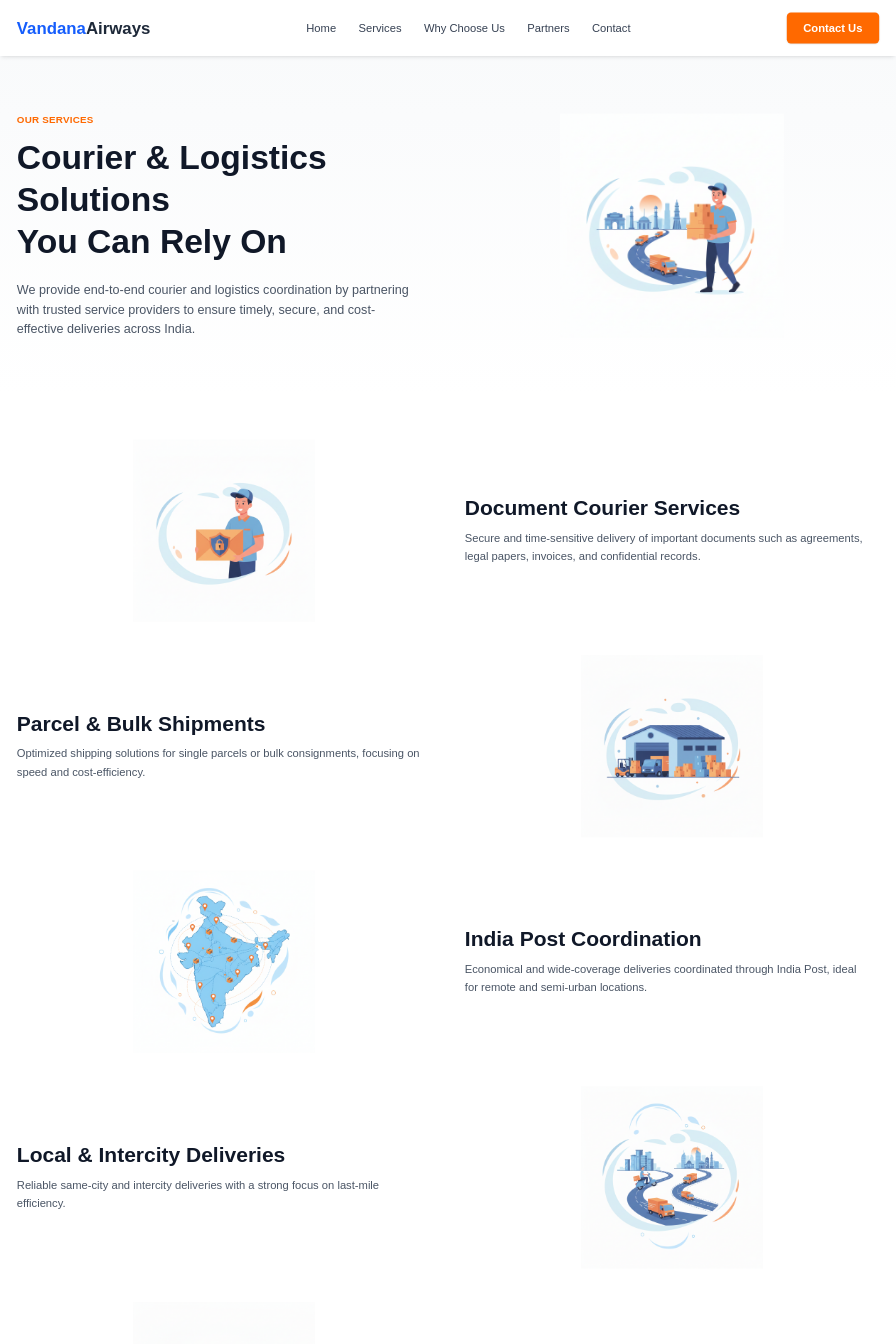
Repository: Rohit-foryou/Courier-Portfolio
Page: /services
An editor plug-in stored every save of this project. The page is shown before and after the next save, followed by the edit.
The browser window is 1280 px wide. The pictures show the part of the page from y = 0 to 1920 px (the page is 4036 px tall before and 3908 px after), at 70% of full size.
The project was rebuilt for these pictures with package versions that can differ from the ones it lists, and the page was loaded fresh each time. The framework's server and built-in components were replaced by stand-ins that run in the browser. Also part of the build but not shown: next.config.ts.

Above is the page before, as saved 2026-02-10 01:11:18.

### app/layout.tsx
import "./globals.css";
import Navbar from "../components/Navbar";
import Footer from "../components/Fotter";

export const metadata = {
  title: "Courier Portfolio",
  description: "Courier & logistics service portfolio website",
};

export default function RootLayout({
  children,
}: {
  children: React.ReactNode;
}) {
  return (
    <html lang="en">
      <body>
        <Navbar />
        <main className="min-h-screen">{children}</main>
        <Footer />
      </body>
    </html>
  );
}

### app/services/page.tsx
import Image from "next/image";
import Link from "next/link";

export default function ServicesPage() {
  const services = [
    {
      title: "Document Courier Services",
      desc: "Secure and time-sensitive delivery of important documents such as agreements, legal papers, invoices, and confidential records.",
      img: "/images/Document.png",
    },
    {
      title: "Parcel & Bulk Shipments",
      desc: "Optimized shipping solutions for single parcels or bulk consignments, focusing on speed and cost-efficiency.",
      img: "/images/parcel.png",
    },
    {
      title: "India Post Coordination",
      desc: "Economical and wide-coverage deliveries coordinated through India Post, ideal for remote and semi-urban locations.",
      img: "/images/India Post.png",
    },
    {
      title: "Local & Intercity Deliveries",
      desc: "Reliable same-city and intercity deliveries with a strong focus on last-mile efficiency.",
      img: "/images/Intercity.png",
    },
    {
      title: "Business & Corporate Logistics",
      desc: "Scalable logistics coordination for enterprises with transparent processes and dependable partners.",
      img: "/images/Parcel.png",
    },
    {
      title: "Multi-Courier Optimization",
      desc: "Intelligent courier selection based on destination, urgency, and cost for optimal delivery performance.",
      img: "/images/multi.png",
    },
  ];

  return (
    <>
      {/* HERO */}
      <section className="bg-gradient-to-b from-gray-50 to-white py-20">
        <div className="max-w-7xl mx-auto px-6 grid grid-cols-1 md:grid-cols-2 gap-12 items-center">
          <div>
            <p className="text-sm font-semibold text-orange-500 uppercase tracking-wide">
              Our Services
            </p>

            <h1 className="mt-4 text-4xl md:text-5xl font-bold text-gray-900 leading-tight">
              Courier & Logistics Solutions
              <br /> You Can Rely On
            </h1>

            <p className="mt-6 text-lg text-gray-600 max-w-xl">
              We provide end-to-end courier and logistics coordination by partnering
              with trusted service providers to ensure timely, secure, and
              cost-effective deliveries across India.
            </p>
          </div>

          <div className="flex justify-center">
            <Image
              src="/images/services.png"
              alt="Courier services"
              width={320}
              height={220}
              className="object-contain"
              priority
            />
          </div>
        </div>
      </section>

      {/* CORE SERVICES */}
      <section className="bg-white py-16">
        <div className="max-w-7xl mx-auto px-6 space-y-12">
          {services.map((s, i) => {
            const imageLeft = i % 2 === 0;

            return (
              <div
                key={i}
                className="grid grid-cols-1 md:grid-cols-2 gap-12 items-center"
              >
                {/* IMAGE */}
                <div
                  className={`flex justify-center ${
                    imageLeft ? "md:order-1" : "md:order-2"
                  }`}
                >
                  <Image
                    src={s.img}
                    alt={s.title}
                    width={260}
                    height={190}
                    className="
                      object-contain
                      transition-all
                      duration-300
                      hover:scale-[1.04]
                      hover:-translate-y-1
                    "
                  />
                </div>

                {/* TEXT */}
                <div
                  className={`transition-transform duration-300 hover:translate-x-1 ${
                    imageLeft ? "md:order-2" : "md:order-1"
                  }`}
                >
                  <h2 className="text-3xl font-bold text-gray-900">
                    {s.title}
                  </h2>
                  <p className="mt-3 text-gray-600 max-w-xl leading-relaxed">
                    {s.desc}
                  </p>
                </div>
              </div>
            );
          })}
        </div>
      </section>

      {/* WHAT WE OFFER */}
      <section className="bg-gray-50 py-16">
        <div className="max-w-7xl mx-auto px-6 text-center">
          <p className="text-sm font-semibold text-orange-500 uppercase tracking-wide">
            Service Attributes
          </p>
          <h2 className="mt-4 text-4xl font-bold text-gray-900">
            What We Offer
          </h2>

          <div className="mt-12 grid grid-cols-1 sm:grid-cols-2 lg:grid-cols-4 gap-8">
            {[
              { title: "Fast Delivery", icon: "🚚", desc: "Urgent timelines met efficiently." },
              { title: "PAN India Coverage", icon: "📍", desc: "Remote to metro reach." },
              { title: "Smart Selection", icon: "📦", desc: "Best courier per shipment." },
              { title: "Secure Handling", icon: "🔒", desc: "Trusted partner network." },
            ].map((item, i) => (
              <div
                key={i}
                className="
                  bg-white p-8 rounded-xl shadow-sm
                  hover:shadow-lg hover:-translate-y-1
                  transition-all duration-300
                "
              >
                <div className="text-4xl mb-4">{item.icon}</div>
                <h3 className="font-semibold text-gray-900">{item.title}</h3>
                <p className="mt-2 text-gray-600 text-sm">{item.desc}</p>
              </div>
            ))}
          </div>
        </div>
      </section>

      {/* WHY CHOOSE US */}
      <section className="bg-white py-16">
        <div className="max-w-7xl mx-auto px-6 text-center">
          <h2 className="text-4xl font-bold text-gray-900">
            Why Choose Our Services?
          </h2>
          <p className="mt-4 text-gray-600 max-w-2xl mx-auto">
            Trusted by individuals and businesses for reliable courier coordination across India.
          </p>

          <div className="mt-12 grid grid-cols-1 md:grid-cols-3 gap-10">
            {[
              { title: "Cost-Effective", desc: "Competitive pricing through intelligent courier planning.", icon: "💰" },
              { title: "Reliable Coordination", desc: "Clear communication and dependable logistics execution.", icon: "🤝" },
              { title: "Trusted Network", desc: "Established courier partners across India.", icon: "🌐" },
            ].map((item, i) => (
              <div
                key={i}
                className="
                  bg-gray-50 p-8 rounded-xl border
                  hover:shadow-md hover:-translate-y-1
                  transition-all duration-300
                "
              >
                <div className="text-4xl mb-4">{item.icon}</div>
                <h3 className="font-semibold text-lg text-gray-900">
                  {item.title}
                </h3>
                <p className="mt-2 text-gray-600 text-sm">{item.desc}</p>
              </div>
            ))}
          </div>
        </div>
      </section>

      {/* CTA */}
      <section className="bg-blue-50 py-20 text-center">
        <h2 className="text-3xl font-bold text-gray-900">
          Need a Reliable Courier Partner Today?
        </h2>
        <p className="mt-4 text-gray-600">
          Get quick assistance for documents, parcels, and business logistics.
        </p>
        <Link
          href="/contact"
          className="
            inline-block mt-6 bg-orange-500 text-white
            px-8 py-3 rounded-md font-semibold
            hover:bg-orange-600 hover:scale-[1.03]
            transition-all
          "
        >
          Get in Touch
        </Link>
      </section>
    </>
  );
}

### components/Navbar.tsx
import Link from "next/link";

export default function Navbar() {
  return (
    <nav className="w-full bg-white sticky top-0 z-50 shadow-md">
      <div className="max-w-7xl mx-auto px-6">
        <div className="flex items-center justify-between h-20">

          {/* Logo */}
          <Link href="/" className="flex items-center">
            <span className="text-2xl font-bold text-blue-600">
              Vandana<span className="text-gray-800">Airways</span>
            </span>
          </Link>

          {/* Navigation Links */}
          <div className="hidden md:flex items-center space-x-8 text-gray-700 font-medium">
            {["Home", "Services", "Why Choose Us", "Partners", "Contact"].map(
              (item) => (
                <Link
                  key={item}
                  href={item === "Home" ? "/" : `/${item.toLowerCase().replace(/\s/g, "-")}`}
                  className="relative hover:text-blue-600 transition after:absolute after:left-0 after:-bottom-1 after:w-0 after:h-[2px] after:bg-orange-500 hover:after:w-full after:transition-all"
                >
                  {item}
                </Link>
              )
            )}
          </div>

          {/* CTA Button */}
          <Link
            href="/contact"
            className="bg-orange-500 text-white px-6 py-2.5 rounded-md font-semibold hover:bg-orange-600 transition shadow-sm"
          >
Contact Us          </Link>
        </div>
      </div>
    </nav>
  );
}

### components/Fotter.tsx
import Link from "next/link";

export default function Footer() {
  return (
    <footer className="bg-gray-50 border-t border-gray-200">
      <div className="max-w-7xl mx-auto px-6 py-12">
        <div className="grid grid-cols-1 md:grid-cols-3 gap-8">
          {/* Brand / About */}
          <div>
            <h3 className="text-xl font-bold text-blue-600">
  Vandana<span className="text-gray-900">Airways</span>
</h3>

            <p className="mt-4 text-gray-600 text-sm">
              We act as a trusted middleman connecting customers with reliable
              courier partners, including India Post, to deliver fast and
              cost-effective logistics solutions.
            </p>
          </div>

          {/* Quick Links */}
          <div>
            <h4 className="text-lg font-semibold text-gray-900 mb-4">
Quick Links</h4>
            <ul className="mt-4 space-y-2 text-sm">
              <li>
                <Link
                  href="/"
                  className="text-gray-600 hover:text-blue-600 transition"
                >
                  Home
                </Link>
              </li>
              <li>
                <Link
                  href="/services"
                  className="text-gray-600 hover:text-blue-600 transition"
                >
                  Services
                </Link>
              </li>
              <li>
                <Link
                  href="/why-choose-us"
                  className="text-gray-600 hover:text-blue-600 transition"
                >
                  Why Choose Us
                </Link>
              </li>
              <li>
                <Link
                  href="/partners"
                  className="text-gray-600 hover:text-blue-600 transition"
                >
                  Partners
                </Link>
              </li>
              <li>
                <Link
                  href="/contact"
                  className="text-gray-600 hover:text-blue-600 transition"
                >
                  Contact
                </Link>
              </li>
            </ul>
          </div>

          {/* Contact Info */}
          <div>
            <h4 className="text-lg font-semibold text-gray-900">Contact</h4>
            <ul className="mt-4 space-y-2 text-gray-600 text-sm">
              <li>📞 +91-8383866968 | 8076668043</li>
              <li>✉️ akhileshpr125@gmail.com</li>
              <li>
                📍 A - 44 A Mansa Ram Park, Uttam Nagar, New Delhi - 110059, India
              </li>
            </ul>
          </div>
        </div>

        {/* Bottom Bar */}
        <div className="mt-10 border-t border-gray-200 pt-6 text-center text-sm text-gray-500">
          © {new Date().getFullYear()} Vandana Airways. All rights reserved.
        </div>
      </div>
    </footer>
  );
}

Loaded but not shown: app/globals.css (common file)

After the next save:
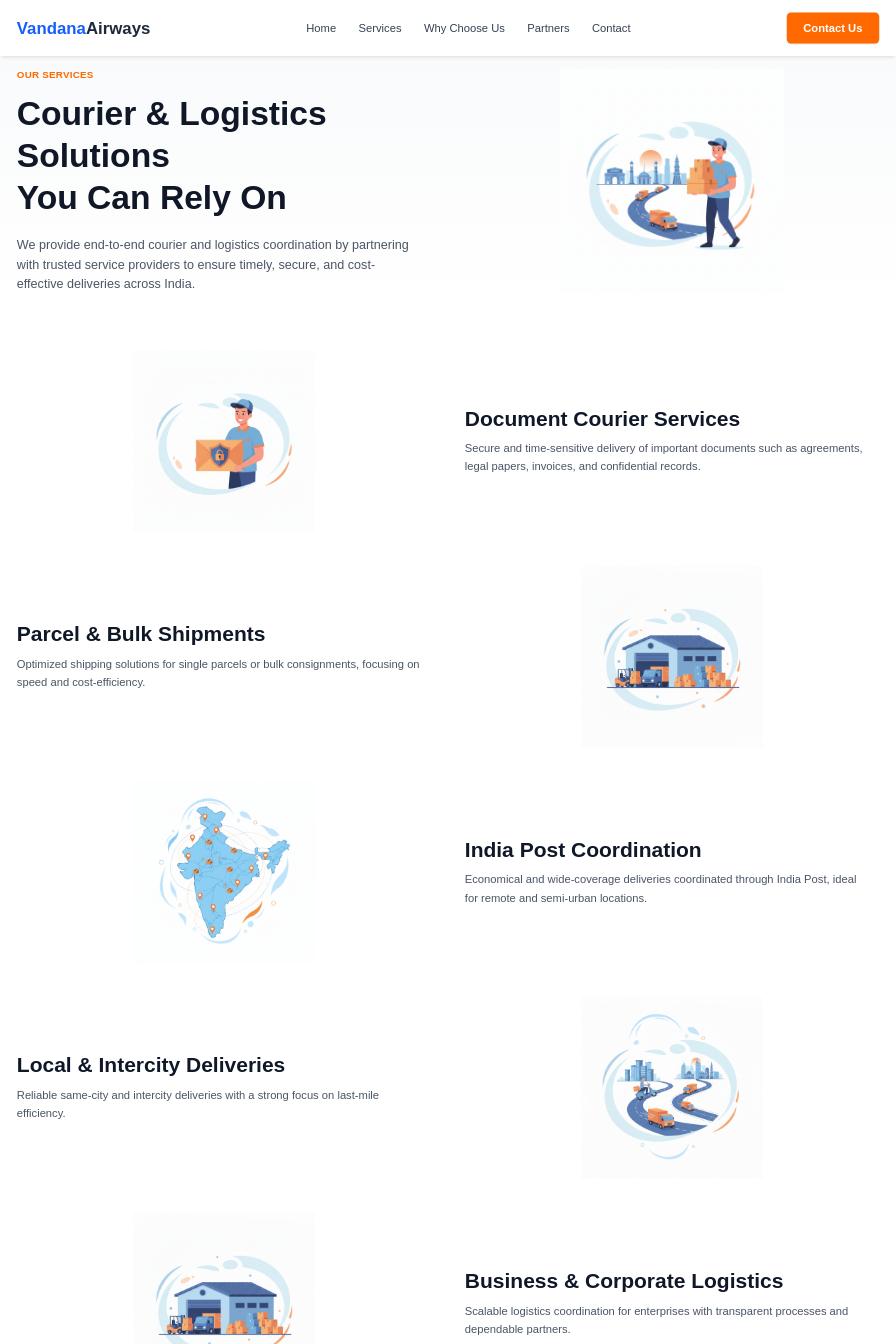
Saved 21 s later.
--- a/app/services/page.tsx
+++ b/app/services/page.tsx
@@ -38,7 +38,7 @@
   return (
     <>
       {/* HERO */}
-      <section className="bg-gradient-to-b from-gray-50 to-white py-20">
+      <section className="bg-gradient-to-b from-gray-50 to-white py-4">
         <div className="max-w-7xl mx-auto px-6 grid grid-cols-1 md:grid-cols-2 gap-12 items-center">
           <div>
             <p className="text-sm font-semibold text-orange-500 uppercase tracking-wide">
